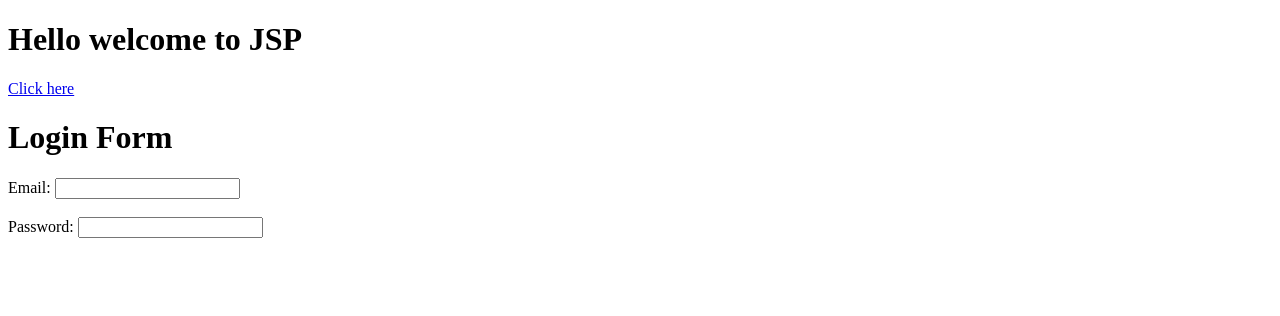
Repository: gauravrathod802/Java-Servlet
Page: http://localhost/MyFirstProject/
The author's editor kept a copy of each file at every save. The page is drawn from the files as they stood at one save, then again after the next save.
The browser window is 1280 px wide. The pictures show the whole page.
The page is served by Tomcat 9.

Above is the page before, as saved 2024-01-08 12:23:42.

After the next save:
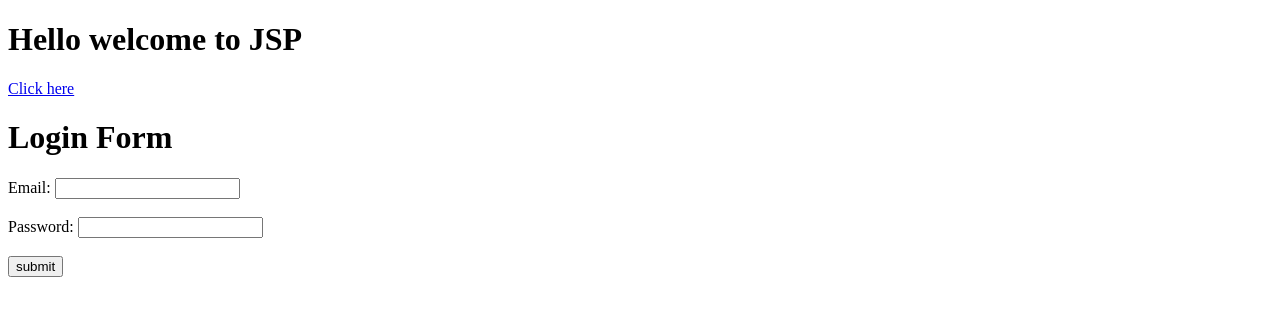
Saved 5 s later.
--- a/MyFirstProject/WebContent/index.jsp
+++ b/MyFirstProject/WebContent/index.jsp
@@ -16,7 +16,7 @@
 <input type="email"><br><br>
 <label>Password:</label>
 <input type="password"><br><br>
-<input type="submit" value=">
+<input type="submit" value="submit">
 </form>
 </body>
 </html>
